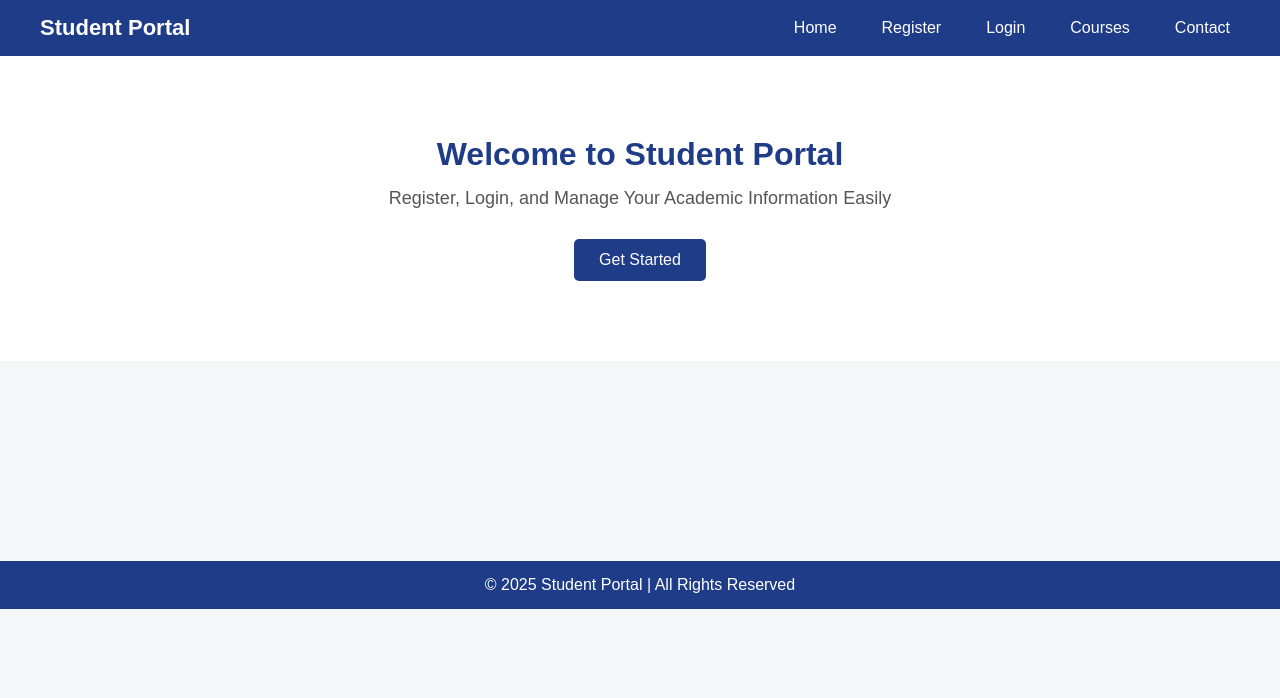
Repository: Tanvisalunkhe/Java_Codes
Page: demo/src/main/webapp/Home.html
An editor plug-in stored every save of this project. The page is shown before and after the next save, followed by the edit.
The browser window is 1280 px wide. The pictures show the whole page.

Above is the page before, as saved 2025-12-26 06:39:42.

After the next save:
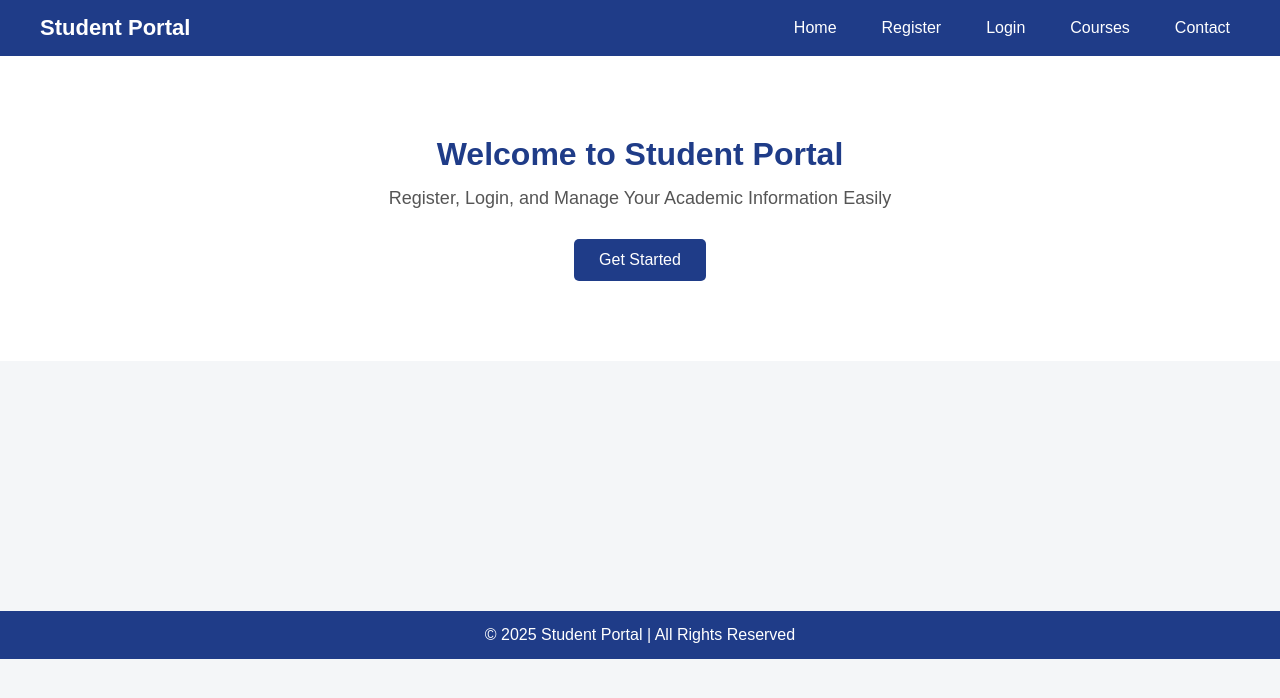
Saved 19 s later.
--- a/demo/src/main/webapp/Home.html
+++ b/demo/src/main/webapp/Home.html
@@ -92,7 +92,7 @@
             color: white;
             text-align: center;
             padding: 15px;
-            margin-top: 200px;
+            margin-top: 250px;
         }
     </style>
 </head>
